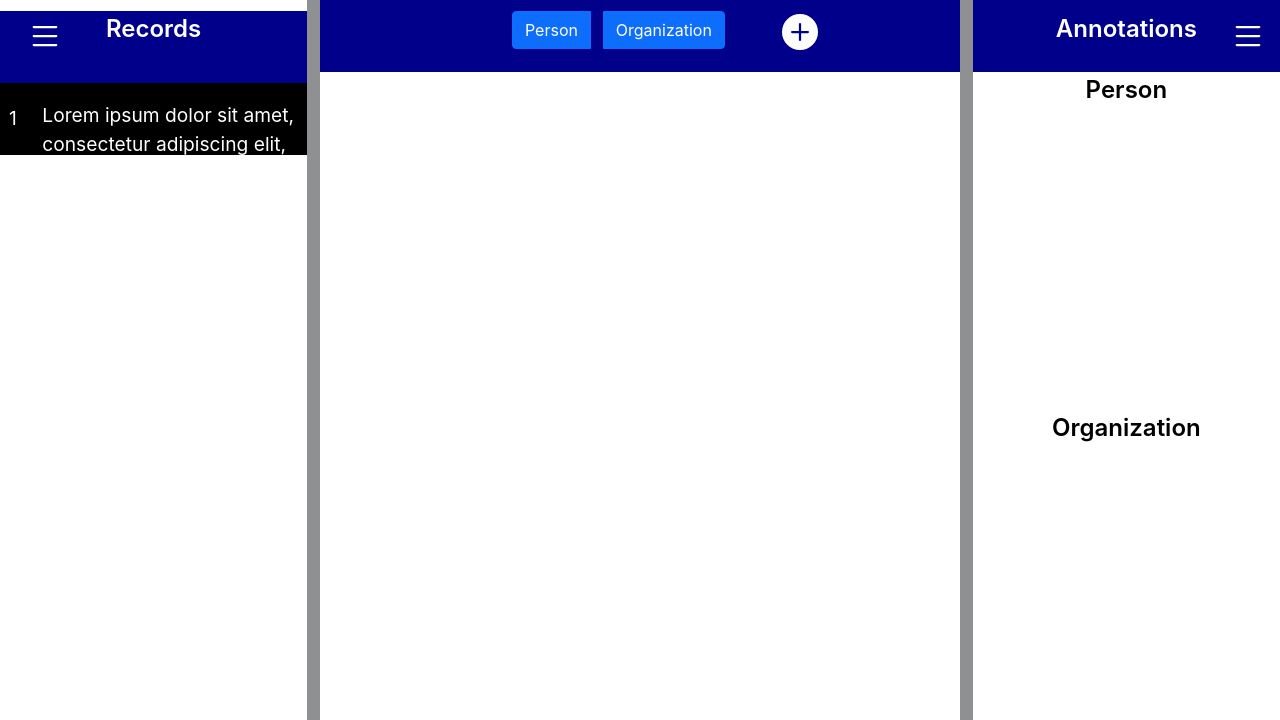
Repository: napan24/classforma_assignment
Page: / (app in client/)
The author's editor kept a copy of each file at every save. The page is drawn from the files as they stood at one save, then again after a run of saves.
The browser window is 1280 px wide. The pictures show the whole page.
The project was rebuilt for these pictures with package versions that can differ from the ones it lists, and the page was loaded fresh each time. Also part of the build but not shown: client/src/App.css.

Above is the page before, as saved 2022-07-20 18:54:05.

### client/public/index.html
<!DOCTYPE html>
<html lang="en">
  <head>
    <meta charset="utf-8" />
    <link rel="icon" href="%PUBLIC_URL%/favicon.ico" />
    <meta name="viewport" content="width=device-width, initial-scale=1" />
    <meta name="theme-color" content="#000000" />
    <meta
      name="description"
      content="Web site created using create-react-app"
    />
    <link href="https://cdn.jsdelivr.net/npm/bootstrap@5.1.3/dist/css/bootstrap.min.css" rel="stylesheet" integrity="sha384-1BmE4kWBq78iYhFldvKuhfTAU6auU8tT94WrHftjDbrCEXSU1oBoqyl2QvZ6jIW3" crossorigin="anonymous">
    <link rel="apple-touch-icon" href="%PUBLIC_URL%/logo192.png" />
    <!--
      manifest.json provides metadata used when your web app is installed on a
      user's mobile device or desktop. See https://developers.google.com/web/fundamentals/web-app-manifest/
    -->
    <link rel="manifest" href="%PUBLIC_URL%/manifest.json" />
    <!--
      Notice the use of %PUBLIC_URL% in the tags above.
      It will be replaced with the URL of the `public` folder during the build.
      Only files inside the `public` folder can be referenced from the HTML.

      Unlike "/favicon.ico" or "favicon.ico", "%PUBLIC_URL%/favicon.ico" will
      work correctly both with client-side routing and a non-root public URL.
      Learn how to configure a non-root public URL by running `npm run build`.
    -->
    <title>React App</title>
  </head>
  <body>
    <noscript>You need to enable JavaScript to run this app.</noscript>
    <div id="root"></div>
    <!--
      This HTML file is a template.
      If you open it directly in the browser, you will see an empty page.

      You can add webfonts, meta tags, or analytics to this file.
      The build step will place the bundled scripts into the <body> tag.

      To begin the development, run `npm start` or `yarn start`.
      To create a production bundle, use `npm run build` or `yarn build`.
    -->
    <script src="https://cdn.jsdelivr.net/npm/bootstrap@5.1.3/dist/js/bootstrap.bundle.min.js" integrity="sha384-ka7Sk0Gln4gmtz2MlQnikT1wXgYsOg+OMhuP+IlRH9sENBO0LRn5q+8nbTov4+1p" crossorigin="anonymous"></script>
  </body>
</html>

### client/src/App.js
import logo from './logo.svg';
import './App.css';
import Home from './Home';

function App() {
  return (
    <>
      <Home></Home>
    </>
  );
}

export default App;

### client/src/Home.js
'strict origin'
import React, { useState, useEffect } from 'react'
const Home = () => {
    const [textField, setTextField] = useState();
    const [person, setPerson] = useState();
    const [place, setPlace] = useState();
    const [personName, setPersonName] = useState(['']);
    const [placeName, setPlaceName] = useState(['']);
    const [data, setData] = useState("");
    const [leftClose, setLeftClose] = useState(false);
    const [rightClose, setRightClose] = useState(false);
    useEffect(() => {
        if (textField) {
            trending();
        }
    }, [textField])
    const trending = async () => {
        const res = await fetch("/", {
            method: 'POST',
            headers: {
                "Content-Type": "application/json"
            },
            body: JSON.stringify({ textField })
        });
        const result = await res.json();
        console.log(result);
        setPerson(result.filter((arr) => arr.type == 'Person'));
        setPlace(result.filter((arr) => arr.type[0] == 'Place' || arr.type[0] == 'PopulatedPlace' || arr.type[0] == 'Settlement' || arr.type[0] == 'City'));
    };
    useEffect(() => {
        setPersonName(['']);
        if (person) {
            person.forEach(function (arrayItem) {
                setPersonName(curr => [...curr, arrayItem.entityId]);
            });
        }
    }, [person])
    useEffect(() => {
        setPlaceName(['']);
        if (place) {
            console.log(place);
            place.forEach(function (arrayItem) {
                setPlaceName(curr => [...curr, arrayItem.entityId]);
            });
        }
    }, [place])
    const showFile = async (e) => {
        e.preventDefault()
        const reader = new FileReader()
        reader.onload = async (e) => {
            const text = (e.target.result)
            setTextField(text);
        };
        reader.readAsText(e.target.files[0])
    }
    function replace() {
        setTextField(textField.replace(data, ''));
        showAlert("alert")
    }
    function showAlert(id) {
        if (document.getElementById(id).style.display == "inline-block") {
            document.getElementById(id).style.display = "none";
        }
        else {
            document.getElementById(id).style.display = "inline-block";
        }
    }
    function CloseClick(e) {
        setData(e.currentTarget.parentElement.querySelector('.userName').innerText);
        showAlert("alert");
    }
    function showLeftComponent() {
        if (document.getElementById('left_component').style.display == "inline") {
            document.getElementById('left_component').style.display = "none";
            document.getElementById('left_open').style.display = "inline";
        }
        else {
            document.getElementById('left_component').style.display = "inline";
            document.getElementById('left_open').style.display = "none";
        }
        setLeftClose(!leftClose);
    }
    function showRightComponent() {
        if (document.getElementById('right_component').style.display == "inline") {
            document.getElementById('right_component').style.display = "none";
            document.getElementById('right_open').style.display = "inline";
        }
        else {
            document.getElementById('right_component').style.display = "inline";
            document.getElementById('right_open').style.display = "none";
        }
        setRightClose(!rightClose);
    }
    return (
        <>
            <div id="alert" style={{ display: "none", height: "35vh", width: "35vw", backgroundColor: "white", position: "absolute", zIndex: '2', left: "35%", top: "25%", border: "2px solid red" }}>
                <button onClick={() => { showAlert("alert") }} type="button" class="btn btn-primary" style={{ marginRight: "1vw", position: "absolute", bottom: "10%", left: "15%", padding: "2vh" }}>Cancel</button>
                <button onClick={(e) => { replace(e) }} style={{ marginRight: "1vw", position: "absolute", bottom: "10%", left: "65%", padding: "2vh" }} type="button" class="btn btn-primary">Delete</button>
            </div>
            <div style={{ display: 'flex', width: "100vw", height: "100vh", backgroundColor: "#8f9091", overflow: "hidden" }}>
                <div id="left_component" style={{ display: 'inline', width: "24vw", height: "100vh", backgroundColor: "white", marginRight: "1vw" }}>
                    <div style={{ width: "24vw", height: "10vh", backgroundColor: "#00008b", textAlign: 'center', fontSize: '150%', color: "white", fontWeight: "600"}}>
                        <p style={{ marginTop: "1.5vh" }}>
                            Records
                        </p>
                    </div>
                    <svg onClick={() => { showLeftComponent() }} style={{ width: "5vw", height: "5vh", position: 'absolute', left: "1vw", top: "2.5vh", color: 'white' }} xmlns="http://www.w3.org/2000/svg" fill="currentColor" class="bi bi-list" viewBox="0 0 16 16">
                        <path fill-rule="evenodd" d="M2.5 12a.5.5 0 0 1 .5-.5h10a.5.5 0 0 1 0 1H3a.5.5 0 0 1-.5-.5zm0-4a.5.5 0 0 1 .5-.5h10a.5.5 0 0 1 0 1H3a.5.5 0 0 1-.5-.5zm0-4a.5.5 0 0 1 .5-.5h10a.5.5 0 0 1 0 1H3a.5.5 0 0 1-.5-.5z" />
                    </svg>
                    <div style={{ width: "24vw", height: "10vh", backgroundColor: "black",overflow:"hidden",color:"white",fontSize:"120%",display:"flex",justifyContent:'center',alignItems:'center' }}>
                        <span style={{top:"10vh"}}>
                            1
                        </span>
                        <span style={{height:"5vh",width:"20vw",marginLeft:"2vw"}}>
                            Lorem ipsum dolor sit amet, consectetur adipiscing elit, sed do eiusmod tempor incididunt ut labore et dolore magna aliqua. Ut enim ad minim veniam, quis nostrud exercitation ullamco laboris nisi ut aliquip ex ea commodo consequat. Duis aute irure dolor in reprehenderit in voluptate velit esse cillum dolore eu fugiat nulla pariatur. Excepteur sint occaecat cupidatat non proident, sunt in culpa qui officia deserunt mollit anim id est laborum.
                        </span>
                    </div>
                </div>
                <div style={{ width: leftClose && rightClose ? "100vw" : rightClose ? "75vw" : leftClose ? "75vw" : "50vw", height: "100vh", backgroundColor: "white", marginRight: "1vw", overflowY: "unset" }}>
                    <div style={{ width: leftClose && rightClose ? "100vw" : rightClose ? "75vw" : leftClose ? "75vw" : "50vw", height: "10vh", backgroundColor: "#00008b", position: 'relative', overflowY: 'hidden' }}>
                        <svg id="left_open" onClick={() => { showLeftComponent() }} style={{ display: "none", width: "5vw", height: "5vh", position: 'absolute', left: "1vw", top: "2.5vh", color: 'white' }} xmlns="http://www.w3.org/2000/svg" fill="currentColor" class="bi bi-list" viewBox="0 0 16 16">
                            <path fill-rule="evenodd" d="M2.5 12a.5.5 0 0 1 .5-.5h10a.5.5 0 0 1 0 1H3a.5.5 0 0 1-.5-.5zm0-4a.5.5 0 0 1 .5-.5h10a.5.5 0 0 1 0 1H3a.5.5 0 0 1-.5-.5zm0-4a.5.5 0 0 1 .5-.5h10a.5.5 0 0 1 0 1H3a.5.5 0 0 1-.5-.5z" />
                        </svg>
                        <div class="btn-group" style={{ marginTop: "1.5vh", marginLeft: "15vw" }}>
                            <button type="button" class="btn btn-primary" style={{ marginRight: "1vw" }}>Person</button>
                            <button type="button" class="btn btn-primary">Organization</button>
                        </div>
                        <label for="file">
                            <svg style={{ width: "20%", height: "50%", position: "absolute", right: "15%", top: "2vh", color: "white" }} xmlns="http://www.w3.org/2000/svg" fill="currentColor" class="bi bi-plus-circle-fill" viewBox="0 0 16 16">
                                <path d="M16 8A8 8 0 1 1 0 8a8 8 0 0 1 16 0zM8.5 4.5a.5.5 0 0 0-1 0v3h-3a.5.5 0 0 0 0 1h3v3a.5.5 0 0 0 1 0v-3h3a.5.5 0 0 0 0-1h-3v-3z" />
                            </svg>
                        </label>
                        <input type="file" id="file" onChange={(e) => showFile(e)} style={{ display: "none" }} />
                        <svg id="right_open" onClick={() => { showRightComponent() }} style={{ display: "none", width: "5vw", height: "5vh", position: 'absolute', right: "1vw", top: "2.5vh", color: 'white' }} xmlns="http://www.w3.org/2000/svg" fill="currentColor" class="bi bi-list" viewBox="0 0 16 16">
                            <path fill-rule="evenodd" d="M2.5 12a.5.5 0 0 1 .5-.5h10a.5.5 0 0 1 0 1H3a.5.5 0 0 1-.5-.5zm0-4a.5.5 0 0 1 .5-.5h10a.5.5 0 0 1 0 1H3a.5.5 0 0 1-.5-.5zm0-4a.5.5 0 0 1 .5-.5h10a.5.5 0 0 1 0 1H3a.5.5 0 0 1-.5-.5z" />
                        </svg>
                    </div>
                    <div style={{ width: leftClose && rightClose ? "98vw" : rightClose ? "73vw" : leftClose ? "73vw" : "48vw", height: "85vh", marginLeft: "2vw", marginTop: "5vh", overflowY: "scroll" }}>
                        {textField}
                    </div>
                </div>
                <div id="right_component" style={{ display: 'inline', width: "24vw", height: "100vh", backgroundColor: "white" }}>
                    <div style={{ width: "24vw", height: "10vh", backgroundColor: "#00008b", textAlign: 'center', fontSize: '150%', color: "white", fontWeight: "600", position: 'relative' }}>
                        <p style={{ paddingTop: "1.5vh" }}>
                            Annotations
                        </p>
                        <svg onClick={() => { showRightComponent() }} style={{ width: "5vw", height: "5vh", position: 'absolute', right: "0vw", top: "2.5vh", color: 'white' }} xmlns="http://www.w3.org/2000/svg" fill="currentColor" class="bi bi-list" viewBox="0 0 16 16">
                            <path fill-rule="evenodd" d="M2.5 12a.5.5 0 0 1 .5-.5h10a.5.5 0 0 1 0 1H3a.5.5 0 0 1-.5-.5zm0-4a.5.5 0 0 1 .5-.5h10a.5.5 0 0 1 0 1H3a.5.5 0 0 1-.5-.5zm0-4a.5.5 0 0 1 .5-.5h10a.5.5 0 0 1 0 1H3a.5.5 0 0 1-.5-.5z" />
                        </svg>
                    </div>
                    <div style={{ width: "24vw", height: "5vh", backgroundColor: "white", textAlign: 'center', fontSize: '150%', color: "black", fontWeight: "600", marginBottom: "2vh" }}>
                        <p>
                            Person
                        </p>
                    </div>
                    <div style={{ maxWidth: "24vw", height: "40vh", backgroundColor: "white", textAlign: 'center', fontSize: '150%', color: "black", fontWeight: "600", zIndex: "2", overflowY: "scroll", overflowX: "hidden" }}>
                        {personName && personName.map((user) => (
                            user.length > 0 && <div style={{ width: "24vw", color: "black", height: "3vh", fontSize: "2vh", position: 'relative', borderBottom: '1px solid black' }}>
                                <span className='userName' style={{ width: "12vw" }}>
                                    {user}
                                </span>
                                <svg onClick={(e) => { CloseClick(e) }} style={{ width: "3.5vw", height: "3.5vh", position: 'absolute', right: "0vw", top: "0vh" }} xmlns="http://www.w3.org/2000/svg" fill="currentColor" class="bi bi-x" viewBox="0 0 16 16">
                                    <path d="M4.646 4.646a.5.5 0 0 1 .708 0L8 7.293l2.646-2.647a.5.5 0 0 1 .708.708L8.707 8l2.647 2.646a.5.5 0 0 1-.708.708L8 8.707l-2.646 2.647a.5.5 0 0 1-.708-.708L7.293 8 4.646 5.354a.5.5 0 0 1 0-.708z" />
                                </svg>
                            </div>
                        ))}
                    </div>
                    <div style={{ width: "24vw", height: "5vh", backgroundColor: "white", textAlign: 'center', fontSize: '150%', color: "black", fontWeight: "600", marginBottom: "2vh" }}>
                        <p>
                            Organization
                        </p>
                    </div>
                    <div style={{ width: "24vw", height: "40vh", backgroundColor: "white", textAlign: 'center', fontSize: '150%', color: "black", fontWeight: "600", overflowY: "scroll" }}>
                        {placeName && placeName.map((user) => (
                            user.length > 0 && <div style={{ width: "24vw", color: "black", height: "3vh", fontSize: "2vh", position: 'relative', borderBottom: '1px solid black' }}>
                                <span className='userName' style={{ width: "12vw" }}>
                                    {user}
                                </span>
                                <svg onClick={(e) => { CloseClick(e) }} style={{ width: "3.5vw", height: "3.5vh", position: 'absolute', right: "0vw", top: "0vh" }} xmlns="http://www.w3.org/2000/svg" fill="currentColor" class="bi bi-x" viewBox="0 0 16 16">
                                    <path d="M4.646 4.646a.5.5 0 0 1 .708 0L8 7.293l2.646-2.647a.5.5 0 0 1 .708.708L8.707 8l2.647 2.646a.5.5 0 0 1-.708.708L8 8.707l-2.646 2.647a.5.5 0 0 1-.708-.708L7.293 8 4.646 5.354a.5.5 0 0 1 0-.708z" />
                                </svg>
                            </div>
                        ))}
                    </div>
                </div>
            </div>
        </>
    )
}

export default Home

Loaded but not shown: client/src/index.js (common file); client/src/index.css (common file); client/src/reportWebVitals.js (common file)

After the next 3 saves:
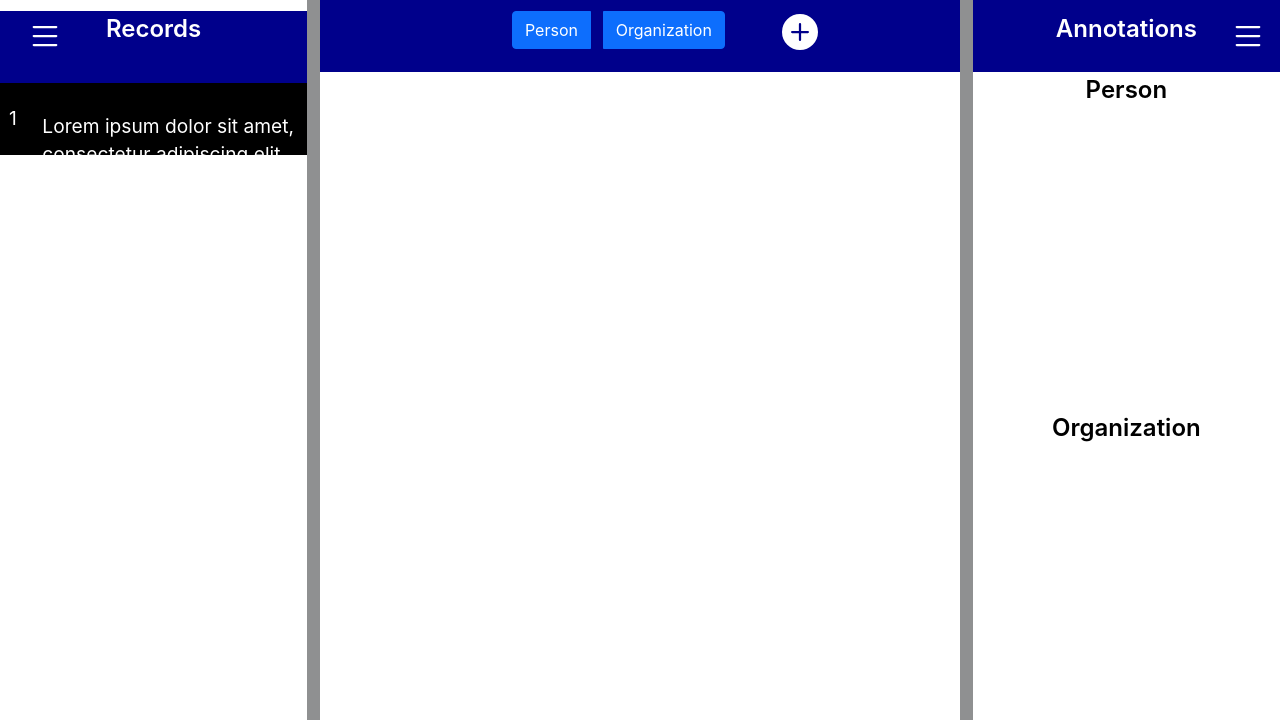
The 3 saves are shown as one change because they came seconds apart.
The last was saved 11 s later.
--- a/client/src/Home.js
+++ b/client/src/Home.js
@@ -111,7 +111,7 @@ const Home = () => {
                         <span style={{top:"10vh"}}>
                             1
                         </span>
-                        <span style={{height:"5vh",width:"20vw",marginLeft:"2vw"}}>
+                        <span style={{height:"2vh",width:"20vw",marginLeft:"2vw"}}>
                             Lorem ipsum dolor sit amet, consectetur adipiscing elit, sed do eiusmod tempor incididunt ut labore et dolore magna aliqua. Ut enim ad minim veniam, quis nostrud exercitation ullamco laboris nisi ut aliquip ex ea commodo consequat. Duis aute irure dolor in reprehenderit in voluptate velit esse cillum dolore eu fugiat nulla pariatur. Excepteur sint occaecat cupidatat non proident, sunt in culpa qui officia deserunt mollit anim id est laborum.
                         </span>
                     </div>
